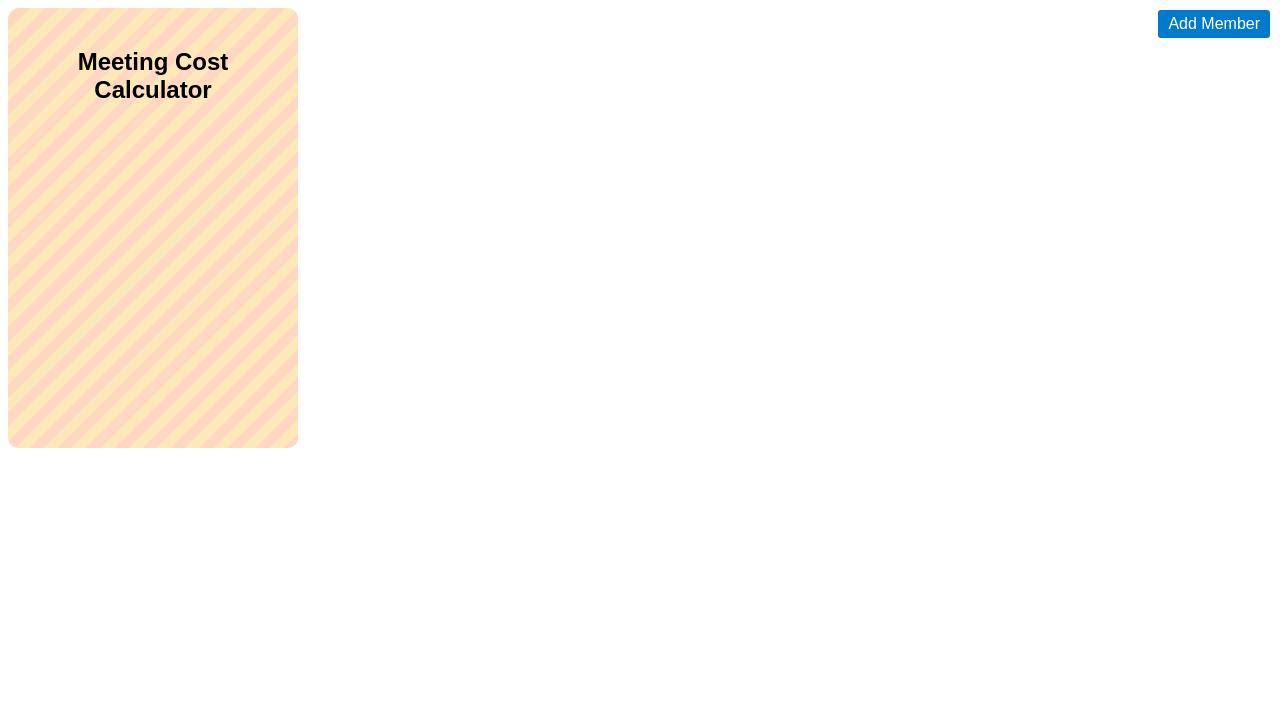
Repository: alexanderneal/meetingApp
Page: meetingApp copia/popup.html
The author's editor kept a copy of each file at every save. The page is drawn from the files as they stood at one save, then again after the next save.
The browser window is 1280 px wide. The pictures show the whole page.

Above is the page before, as saved 2023-04-21 11:29:50.

### meetingApp copia/popup.html
<!DOCTYPE html>
<html>
  <head>
    <title>Meeting Cost Calculator</title>
    <link rel="stylesheet" type="text/css" href="popup.css">
  </head>
  <body>
    <div class="popup-container">
      <div id="title">Meeting Cost Calculator</div>
      <button id="add-member-btn">Add Member</button>
      <div id="members-list"></div>
    </div>
    <script src="popup.js"></script>
  </body>
</html>

### meetingApp copia/popup.css
.popup-container {
    width: 250px;
    height: 400px;
    padding: 20px;
    display: flex;
    flex-direction: column;
    justify-content: center;
    align-items: center;
    background: repeating-linear-gradient(
      -45deg,
      #ffd8c2,
      #ffd8c2 10px,
      #fce8b9 10px,
      #fce8b9 20px
    );
    border-radius: 10px;
   }

  #total-cost {
    position: absolute;
    bottom: 20px;
    left: 50%;
    transform: translateX(-50%);
    font-family: 'SF Pro', sans-serif;
    font-size: 18px;
    font-weight: bold;
    color: #555;
  }


  #add-member-btn {
    position: absolute;
    top: 10px;
    right: 10px;
    padding: 5px 10px;
    background-color: #007acc;
    color: white;
    border: none;
    border-radius: 3px;
    font-size: 16px;
    cursor: pointer;
  }

  #title {
    font-family: 'SF Pro', sans-serif;
    font-size: 24px;
    font-weight: bold;
    text-align: center;
    margin-top: 20px;
    margin-bottom: 30px;
  }

  #members-list {
    width: 100%;
    height: 100%;
    overflow-y: auto;
  }

  .member {
    display: flex;
    align-items: center;
    padding: 10px;
    border-bottom: 1px solid #c0c0c0;
  }

  .member-icon {
    width: 20px;
    height: 20px;
    background-color: #007acc;
    border-radius: 50%;
    margin-right: 10px;
  }

  .member-name {
    flex: 1;
    font-family: 'SF Pro', sans-serif;
    font-size: 16px;
    font-weight: bold;
  }

  .member-cost {
    font-family: 'SF Pro', sans-serif;
    font-size: 14px;
    color: #555;
  }

### meetingApp copia/popup.js
// Code for the popup window
// In popup.js

const membersList = document.getElementById("members-list");
const addMemberBtn = document.getElementById("add-member-btn");

let members = [];

addMemberBtn.addEventListener("click", () => {
  const name = prompt("Enter member name:");
  const salary = parseInt(prompt("Enter member salary:"));
  const costPerHour = salary / 52 / 40;

  const member = {
    name: name,
    salary: salary,
    costPerHour: costPerHour,
  };

  members.push(member);
  renderMembersList();
});

function renderMembersList() {
  membersList.innerHTML = "";

  members.forEach((member) => {
    const memberEl = document.createElement("div");
    memberEl.classList.add("member");
    memberEl.innerHTML = `
      <div class="member-icon"></div>
      <div class="member-name">${member.name}</div>
      <div class="member-cost">$${member.costPerHour.toFixed(2)} / hr</div>
    `;
    membersList.appendChild(memberEl);
  });
}

After the next save:
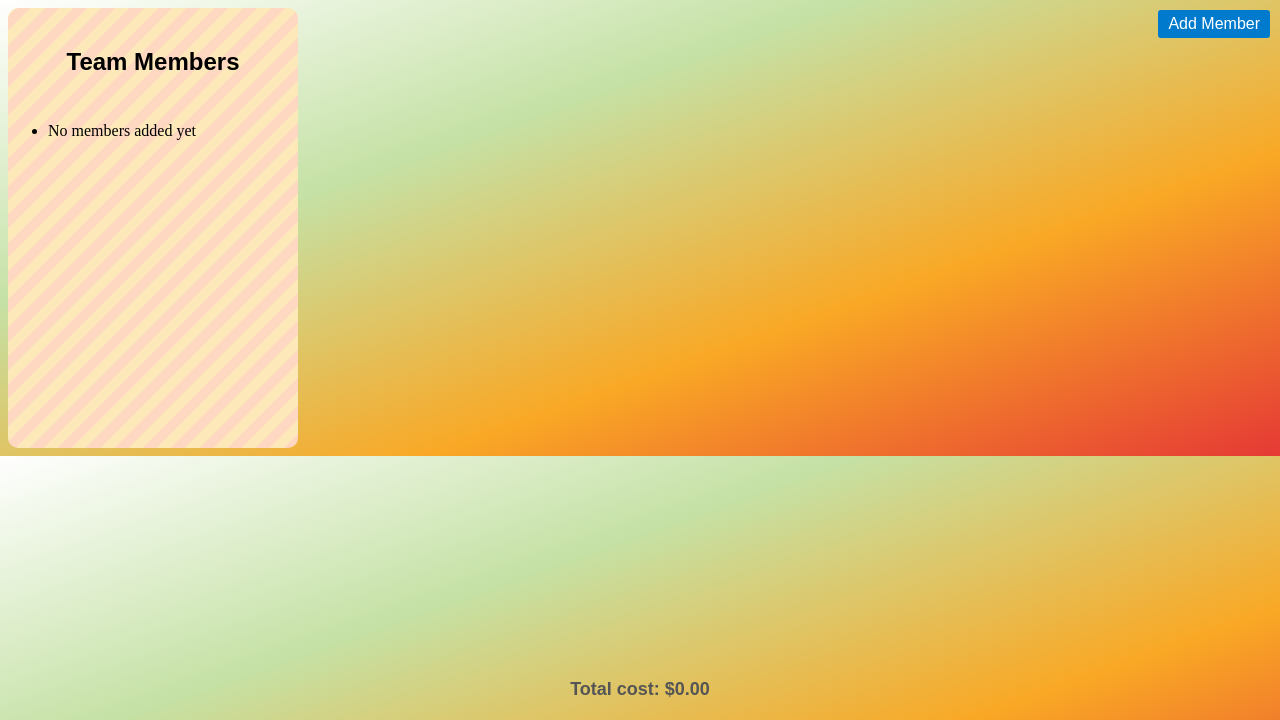
Saved 4 min 4 s later.
--- a/meetingApp copia/popup.html
+++ b/meetingApp copia/popup.html
@@ -1,14 +1,19 @@
 <!DOCTYPE html>
-<html>
+<html lang="en">
   <head>
-    <title>Meeting Cost Calculator</title>
-    <link rel="stylesheet" type="text/css" href="popup.css">
+    <meta charset="UTF-8" />
+    <meta name="viewport" content="width=device-width, initial-scale=1.0" />
+    <title>Add Member Popup</title>
+    <link rel="stylesheet" href="popup.css" />
   </head>
-  <body>
+  <body style="background: linear-gradient(to bottom right, white, #c5e1a5, #f9a825, #e53935);">
     <div class="popup-container">
-      <div id="title">Meeting Cost Calculator</div>
       <button id="add-member-btn">Add Member</button>
-      <div id="members-list"></div>
+      <h1 id="title">Team Members</h1>
+      <ul id="members-list">
+        <li class="member-empty">No members added yet</li>
+      </ul>
+      <div id="total-cost">Total cost: $0.00</div>
     </div>
     <script src="popup.js"></script>
   </body>
